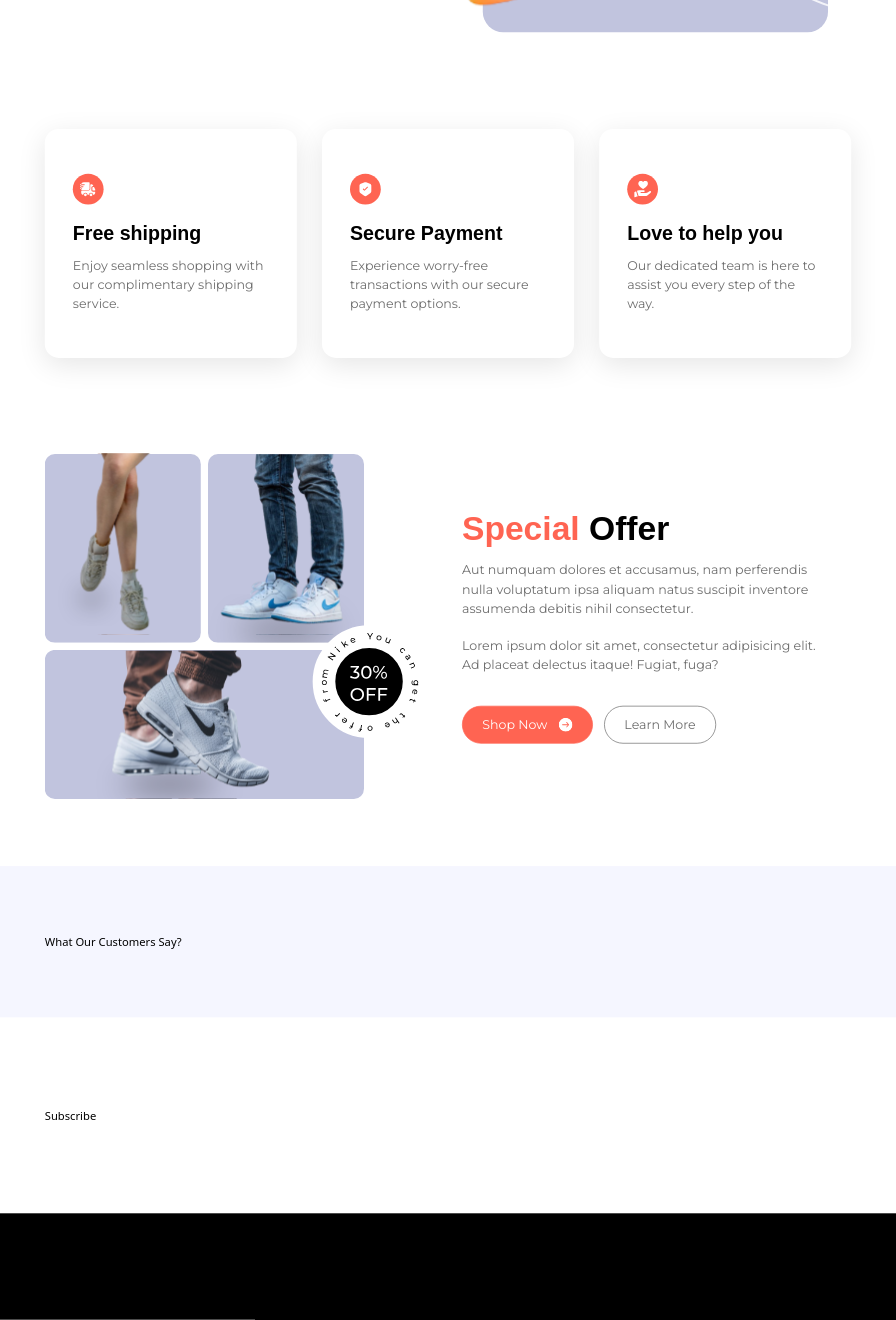
Repository: tynoschuck/nike-landpage
Page: /
An editor plug-in stored every save of this project. The page is shown before and after the next save, followed by the edit.
The browser window is 1280 px wide. The pictures show the part of the page from y = 2195 to 4115 px (the page is 4081 px tall before and 4115 px after), at 70% of full size.
Some web fonts or font styles are not loaded; a fallback is used. The project was rebuilt for these pictures with package versions that can differ from the ones it lists, and the page was loaded fresh each time. Also part of the build but not shown: vite.config.js.

Above is the page before, as saved 2023-12-01 12:05:44.

### index.html
<!doctype html>
<html lang="en">
  <head>
    <meta charset="UTF-8" />
    <link rel="icon" type="image/svg+xml" href="favicon.ico?" />
    <meta name="viewport" content="width=device-width, initial-scale=1.0" />
    <title>Nike Site</title>
  </head>
  <body>
    <div id="root"></div>
    <script type="module" src="/src/main.jsx"></script>
  </body>
</html>

### src/App.jsx
import Nav from "./components/Nav";
import { Hero, PopularProducts, CustomerReviews, Footer, Services, SpecialOffer, Subscribe, SuperQuality } from "./sections";

const App = () => (
  <main className="relative">
    <Nav />
    <section className="xl:padding-l wide:padding-r padding-b">
      <Hero />
    </section>
    <section className="padding">
      <PopularProducts />
    </section>
    <section className="padding">
      <SuperQuality />
    </section>
    <section className="padding-x py-10">
      <Services />
    </section>
    <section className="padding">
      <SpecialOffer />
    </section>
    <section className="padding bg-pale-blue">
      <CustomerReviews />
    </section>
    <section className="padding-x sm:py-32 py-16 w-full">
      <Subscribe />
    </section>
    <section className="padding-x padding-t pb-8 bg-black">
      <Footer />
    </section>
  </main>
);

export default App;

### src/components/Nav.jsx
import { headerLogo } from '../assets/images';
import { hamburger } from '../assets/icons';
import { navLinks } from '../constants';

const Nav = () => {
  return (
    <header className='padding-x py-8 absolute z-10 w-full'>
      <nav className='flex justify-between items-center max-container'>
        <a href="/">
          <img
            src={headerLogo}
            alt="logo"
            width={130}
            height={29}
          />
        </a>
        <ul className='flex-1 flex justify-center items-center gap-16 max-lg:hidden'>
          {navLinks.map((item) => (
            <li key={item.label}>
              <a
                href={item.href}
                className="font-montserrat leading-normal text-lg text-slate-gray"
              >
                {item.label}
              </a>
            </li>
          ))}
        </ul>
        <div className='hidden max-lg:block'>
          <img
            src={hamburger}
            alt="Hamburger"
            width={25}
            height={25}
          />
        </div>
      </nav>
    </header>
  )
}

export default Nav

### src/sections/index.js
import Hero from "./Hero";
import PopularProducts from "./PopularProducts";
import Footer from "./Footer";
import CustomerReviews from "./CustomerReviews";
import Services from "./Services";
import SpecialOffer from "./SpecialOffer";
import Subscribe from "./Subscribe";
import SuperQuality from "./SuperQuality";

export {
  Hero,
  PopularProducts,
  Footer,
  CustomerReviews,
  Services,
  SpecialOffer,
  Subscribe,
  SuperQuality,
};

### src/assets/images/index.js
import bigShoe1 from './big-shoe1.png'
import bigShoe2 from './big-shoe2.png'
import bigShoe3 from './big-shoe3.png'

import customer1 from './customer1.jpeg'
import customer2 from './customer2.svg'

import footerLogo from './footer-logo.svg'
import headerLogo from './header-logo.svg'

import offer from './offer.svg'

import shoe4 from './shoe4.svg'
import shoe5 from './shoe5.svg'
import shoe6 from './shoe6.svg'
import shoe7 from './shoe7.svg'
import shoe8 from './shoe8.svg'

import thumbnailBackground from './thumbnail-background.svg'
import thumbnailShoe1 from './thumbnail-shoe1.svg'
import thumbnailShoe2 from './thumbnail-shoe2.svg'
import thumbnailShoe3 from './thumbnail-shoe3.svg'

export {
    bigShoe1,
    bigShoe2,
    bigShoe3,

    customer1,
    customer2,

    footerLogo,
    headerLogo,

    offer,
    shoe4,
    shoe5,
    shoe6,
    shoe7,
    shoe8,

    thumbnailBackground,
    thumbnailShoe1,
    thumbnailShoe2,
    thumbnailShoe3
}

### src/assets/icons/index.js
import arrowRight from './arrow-right.svg'
import chevronLeft from './chevron-left.svg'
import cheveronRight from './chevron-right.svg'
import copyrightSign from './copyright-sign.svg'
import facebook from './facebook.svg'
import hamburger from './hamburger.svg'
import instagram from './instagram.svg'
import support from './support.svg'
import shieldTick from './shield-tick.svg'
import star from './star.svg'
import truckFast from './truck-fast.svg'
import twitter from './twitter.svg'

export {
    arrowRight,
    cheveronRight,
    chevronLeft,
    copyrightSign,
    facebook,
    hamburger,
    instagram,
    support,
    shieldTick,
    star,
    truckFast,
    twitter
}

### src/constants/index.js
import { facebook, instagram, shieldTick, support, truckFast, twitter } from "../assets/icons";
import { bigShoe1, bigShoe2, bigShoe3, customer1, customer2, shoe4, shoe5, shoe6, shoe7, thumbnailShoe1, thumbnailShoe2, thumbnailShoe3 } from "../assets/images";

export const navLinks = [
    { href: "#home", label: "Home" },
    { href: "#about-us", label: "About Us" },
    { href: "#products", label: "Products" },
    { href: "#contact-us", label: "Contact Us" },
];

export const shoes = [
    {
        thumbnail: thumbnailShoe1,
        bigShoe: bigShoe1,
    },
    {
        thumbnail: thumbnailShoe2,
        bigShoe: bigShoe2,
    },
    {
        thumbnail: thumbnailShoe3,
        bigShoe: bigShoe3,
    },
];

export const statistics = [
    { value: '1k+', label: 'Brands' },
    { value: '500+', label: 'Shops' },
    { value: '250k+', label: 'Customers' },
];

export const products = [
    {
        imgURL: shoe4,
        name: "Nike Air Jordan-01",
        price: "$200.20",
        rating: "(4.2)",
    },
    {
        imgURL: shoe5,
        name: "Nike Air Jordan-10",
        price: "$210.20",
        rating: "(4.8)",
    },
    {
        imgURL: shoe6,
        name: "Nike Air Jordan-100",
        price: "$220.20",
        rating: "(4.5)",
    },
    {
        imgURL: shoe7,
        name: "Nike Air Jordan-001",
        price: "$230.20",
        rating: "(4.2)",
    },
];

export const services = [
    {
        imgURL: truckFast,
        label: "Free shipping",
        subtext: "Enjoy seamless shopping with our complimentary shipping service."
    },
    {
        imgURL: shieldTick,
        label: "Secure Payment",
        subtext: "Experience worry-free transactions with our secure payment options."
    },
    {
        imgURL: support,
        label: "Love to help you",
        subtext: "Our dedicated team is here to assist you every step of the way."
    },
];

export const reviews = [
    {
        imgURL: customer1,
        customerName: 'Morich Brown',
        rating: 4.5,
        feedback: "The attention to detail and the quality of the product exceeded my expectations. Highly recommended!"
    },
    {
        imgURL: customer2,
        customerName: 'Lota Mongeskar',
        rating: 4.5,
        feedback: "The product not only met but exceeded my expectations. I'll definitely be a returning customer!"
    }
];


export const footerLinks = [
    {
        title: "Products",
        links: [
            { name: "Air Force 1", link: "/" },
            { name: "Air Max 1", link: "/" },
            { name: "Air Jordan 1", link: "/" },
            { name: "Air Force 2", link: "/" },
            { name: "Nike Waffle Racer", link: "/" },
            { name: "Nike Cortez", link: "/" },
        ],
    },
    {
        title: "Help",
        links: [
            { name: "About us", link: "/" },
            { name: "FAQs", link: "/" },
            { name: "How it works", link: "/" },
            { name: "Privacy policy", link: "/" },
            { name: "Payment policy", link: "/" },
        ],
    },
    {
        title: "Get in touch",
        links: [
            { name: "customer@nike.com", link: "mailto:customer@nike.com" },
            { name: "+92554862354", link: "tel:+92554862354" },
        ],
    },
];

export const socialMedia = [
    { src: facebook, alt: "facebook logo" },
    { src: twitter, alt: "twitter logo" },
    { src: instagram, alt: "instagram logo" },
];

### src/sections/Hero.jsx
import { useState } from "react";
import { arrowRight } from "../assets/icons";
import Button from "../components/Button";
import { shoes, statistics } from "../constants";
import { bigShoe1 } from "../assets/images";
import Shoecard from "../components/Shoecard";

const Hero = () => {

  const [bigShoeImg, setBigShoeImg] = useState(bigShoe1)

  return (
    <section
      id="home"
      className="w-full flex xl:flex-row flex-col justify-center min-h-screen gap-10 max-container">
        <div className="relative xl:w-2/5 flex flex-col justify-center items-start w-full max-xl:padding-x pt-28">
          <p className="text-xl font-montserrat text-coral-red">Our Summer Collection</p>
          <h1 className="mt-10 font-palanquin text-8xl max-sm:text-[72px] max-sm:leading-[82px] font-bold">
            <span className="xl:bg-white xl:whitespace-nowrap relative z-10 pr-10">The New Arrival</span>
            <br />
            <span className="text-coral-red inline-block mt-3">Nike</span> Shoes
          </h1>
          <p className="font-montserrat text-slate-gray text-lg leading-8 mt-6 mb-14 sm:max-w-sm"> Discover the new arrivals</p>
          <Button label='Shop now' iconUrl={arrowRight}/>
          <div className="flex justify-start items-start flex-wrap w-full mt-20 gap-16">
            {statistics.map((stat) => (
              <div key={stat.label}>
                <p className="text-4xl font-palanquin font-bold">
                  {stat.value}
                </p>
                <p className="leading-7 font-montserrat text-slate-gray">
                  {stat.label}
                </p>
              </div>
            ))}
          </div>
        </div>
        <div className="relative flex-1 flex justify-center items-center xl:min-h-screen max-xl:py-40 bg-primary bg-hero bg-cover bg-center">
          <img
            src={bigShoeImg}
            alt="shoe collection"
            width={610}
            height={500}
            className="object-contain relative z-10"
          />
          <div className="flex sm:gap-6 gap-4 absolute -bottom-[5%] sm:left-[10%] max-sm:px-6">
            {shoes.map((shoe,) => (
              <div key={shoe}>
                <Shoecard
                  imgURL={shoe}
                  changeBigShoeImage={(shoe) => setBigShoeImg (shoe)}
                  bigShoeImg={bigShoeImg}
                />
              </div>
            ))}
          </div>

        </div>
      </section>
  )
}

export default Hero

### src/sections/PopularProducts.jsx
import PopularProductCard from "../components/PopularProductCard"
import { products } from "../constants"

const PopularProducts = () => {
  return (
    <section
      id="products"
      className="max-container max-sm:mt-12"
    >
      <div className="flex flex-col justify-start gap-5">
        <h2 className="text-4xl font-palanquin font-bold">Lorem <span className="text-coral-red
        ">ipsum</span> dolor sit amet </h2>
        <p className="lg:max-w-lg mt-2 font-montserrat">Deleniti aliquid, dolorum quod velit possimus quibusdam sed sit voluptatum hic minima. </p>
      </div>
      <div className="mt-16 grid lg:grid-cols-4 md:grid-cols-3 sm:grid-cols-2 grid-cols-1 sm:gap-6 gap-14">
        {products.map((product) =>(
          <PopularProductCard
            key={product.name}
            {...product}
          />
        ))}
      </div>
    </section>
  )
}

export default PopularProducts

### src/sections/CustomerReviews.jsx
const CustomerReviews = () => {
  return (
    <section className="max-container">
      <h3>
        What Our <span>Customers</span> Say?
      </h3>

    </section>
  )
}

export default CustomerReviews

### src/sections/Services.jsx
import ServiceCard from "../components/ServiceCard"
import { services } from "../constants"

const Services = () => {
  return (
    <section className="max-container flex justify-center flex-wrap gap-9">
      {services.map((service) => (
        <ServiceCard
        key={service.label}
        {...service} />
      ))}
    </section>
  )
}

export default Services

### src/sections/SpecialOffer.jsx
import { arrowRight } from "../assets/icons"
import { offer } from "../assets/images"
import Button from "../components/Button"

const SpecialOffer = () => {
  return (
    <section className="flex justify-wrap items-center max-xl:flex-col-reverse gap-10 max-container">
      <div className="flex-1">
        <img
          src={offer}
          width={772}
          height={687}
          className="object-contain w-full"
        />
      </div>
      <div className="flex flex-1 flex-col">
        <h2 className="font-palanquin text-4xl capitalize font-bold lg:max-w-lg">
          <span className="text-coral-red">Special</span> Offer
        </h2>
        <p className="mt-4 lg:max-w-lg info-text">Aut numquam dolores et accusamus, nam perferendis nulla voluptatum ipsa aliquam natus suscipit inventore assumenda debitis nihil consectetur.</p>
        <p className="mt-6 lg:max-w-lg info-text">Lorem ipsum dolor sit amet, consectetur adipisicing elit. Ad placeat delectus itaque! Fugiat, fuga?</p>
        <div className="mt-11 flex flex-wrap gap-4">
          <Button
          label='Shop Now'
          iconUrl={arrowRight}
          />
          <Button
          label='Learn More'
          backgroundColor='bg-white'
          borderColor='border-slate-gray'
          textColor='text-slate-gray'
          />
        </div>
      </div>
    </section>
  )
}

export default SpecialOffer

### src/sections/SuperQuality.jsx
import Button from "../components/Button"
import { shoe8 } from "../assets/images"

const SuperQuality = () => {
  return (
    <section
      id="about-us"
      className="flex justify-between items-center max-lg:flex-col gap-10 w-full max-container"
    >
      <div className="flex flex-1 flex-col">
        <h2 className="font-palanquin text-4xl capitalize font-bold lg:max-w-lg">
          We Provide You <span className="text-coral-red">Super</span> <span className="text-coral-red">Quality</span> Shoes

        </h2>
        <p className="mt-4 lg:max-w-lg info-text">Lorem ipsum dolor sit amet, consectetur adipisicing elit. Aut numquam dolores et accusamus, nam perferendis nulla voluptatum ipsa aliquam natus suscipit inventore assumenda debitis nihil consectetur.</p>
        <p className="mt-6 lg:max-w-lg info-text">Ad placeat delectus itaque! Fugiat, fuga?</p>
        <div className="mt-11">
          <Button label='View Details' /></div>
        </div>
        <div className="flex-1 flex justify-center items-center">
          <img
            src={shoe8}
            alt="shoe8"
            width={570}
            height={522}
            className="object-contain"
          />
        </div>
    </section>
  )
}

export default SuperQuality

### src/components/Button.jsx
const Button = ({ label, iconUrl, backgroundColor, borderColor, textColor }) => {
  return (
    <button className={`flex justify-center items-center gap-2 px-7 py-4 border font-montserrat text-lg leading-none
    ${backgroundColor
    ? `${backgroundColor} ${textColor} ${borderColor}`
    :  'bg-coral-red  text-white border-coral-red'} rounded-full`}>
      {label}
      {iconUrl && <img
        src={iconUrl}
        alt="arrow right icon"
        className="ml-2 rounded-full w-5 h-5"
      />}
    </button>
  )
}

export default Button

### src/components/Shoecard.jsx
const Shoecard = ({ imgURL, changeBigShoeImage, bigShoeImg }) => {

  const handleClick =() => {
    if(bigShoeImg !== imgURL.bigShoe) {
      changeBigShoeImage(imgURL.bigShoe)
    }
  }

  return (
    <div
      className={`border-2 rounded-xl ${bigShoeImg === imgURL.bigShoe ? 'border-coral-red' : 'border-transparent'} cursor-pointer max-sm:flex-1`}
      onClick={handleClick}
    >
      <div className="flex justify-center items-center bg-card bg-center bg-cover sm:w-40 sm:h-40 rounded-xl max-sm:p-4">
        <img
          src={imgURL.thumbnail}
          alt='shoe collection'
          width={127}
          height={103}
          className="object-contain"
        />
      </div>
    </div>
  )
}

export default Shoecard

### src/components/PopularProductCard.jsx
import { star } from "../assets/icons"

const PopularProductCard = ({ imgURL, name, price, rating }) => {
  return (
    <div className="flex flex-1 flex-col w-full max-sm:w-full">
      <img src={imgURL} alt={name} height={280} width={280} />
      <div className="mt-8 flex justify-start gap-2.5">
        <img src={star} alt="rating" height={24} width={24} />
        <p className="font-montserrat text-xl leading-normal text-slate-gray">{rating}</p>
      </div>
      <h3 className="mt-2 text-2xl leading-normal font-semibold font-palanquin">{name}</h3>
      <p className="mt-2 font-semibold font-montserrat text-coral-red text-2xl leading-normal">{price}</p>
    </div>
  )
}

export default PopularProductCard

### src/components/ServiceCard.jsx
const ServiceCard = ({ imgURL, label, subtext }) => {
  return (
    <div className="flex-1 sm:w-[350px] sm:min-w-[350px] w-full rounded-[20px] shadow-3xl px-10 py-16">
      <div className="w-11 h-11 flex justify-center items-center bg-coral-red rounded-full">
        <img src={imgURL} alt={label} width={24} height={24} />
      </div>
      <h3 className="mt-5 font-palanquin text-3xl leading-normal font-bold">{label}</h3>
      <p className="mt-3 break-words font-montserrat text-lg leading-normal text-slate-gray">{subtext}</p>
    </div>
  )
}

export default ServiceCard

Loaded but not shown: src/main.jsx (common file); src/index.css (common file); src/sections/Footer.jsx (common file); src/sections/Subscribe.jsx (common file); tailwind.config.js (common file)

After the next save:
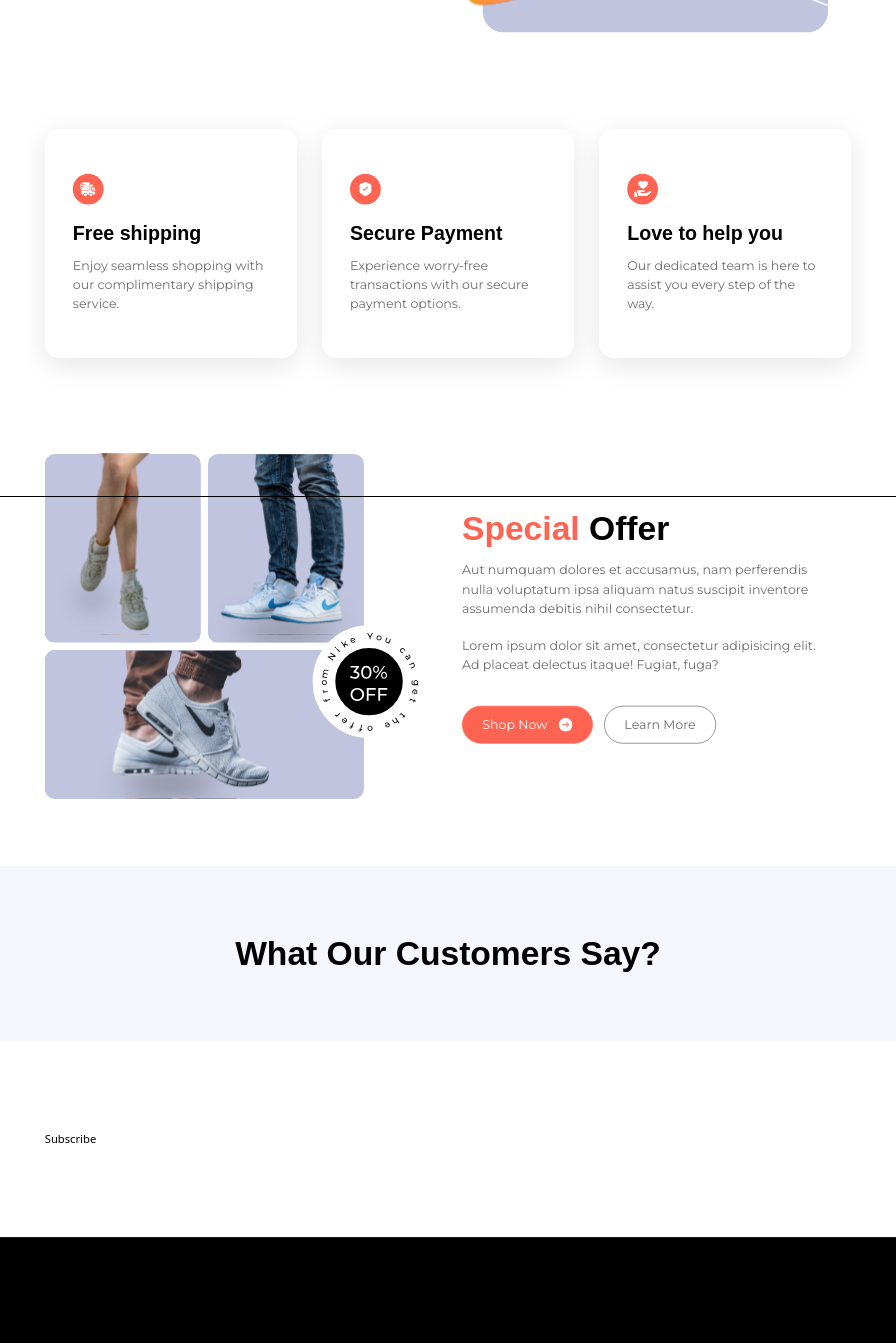
Saved 29 s later.
--- a/src/sections/CustomerReviews.jsx
+++ b/src/sections/CustomerReviews.jsx
@@ -1,7 +1,7 @@
 const CustomerReviews = () => {
   return (
     <section className="max-container">
-      <h3>
+      <h3 className="font-palanquin text-center text-4xl font-bold">
         What Our <span>Customers</span> Say?
       </h3>
 
